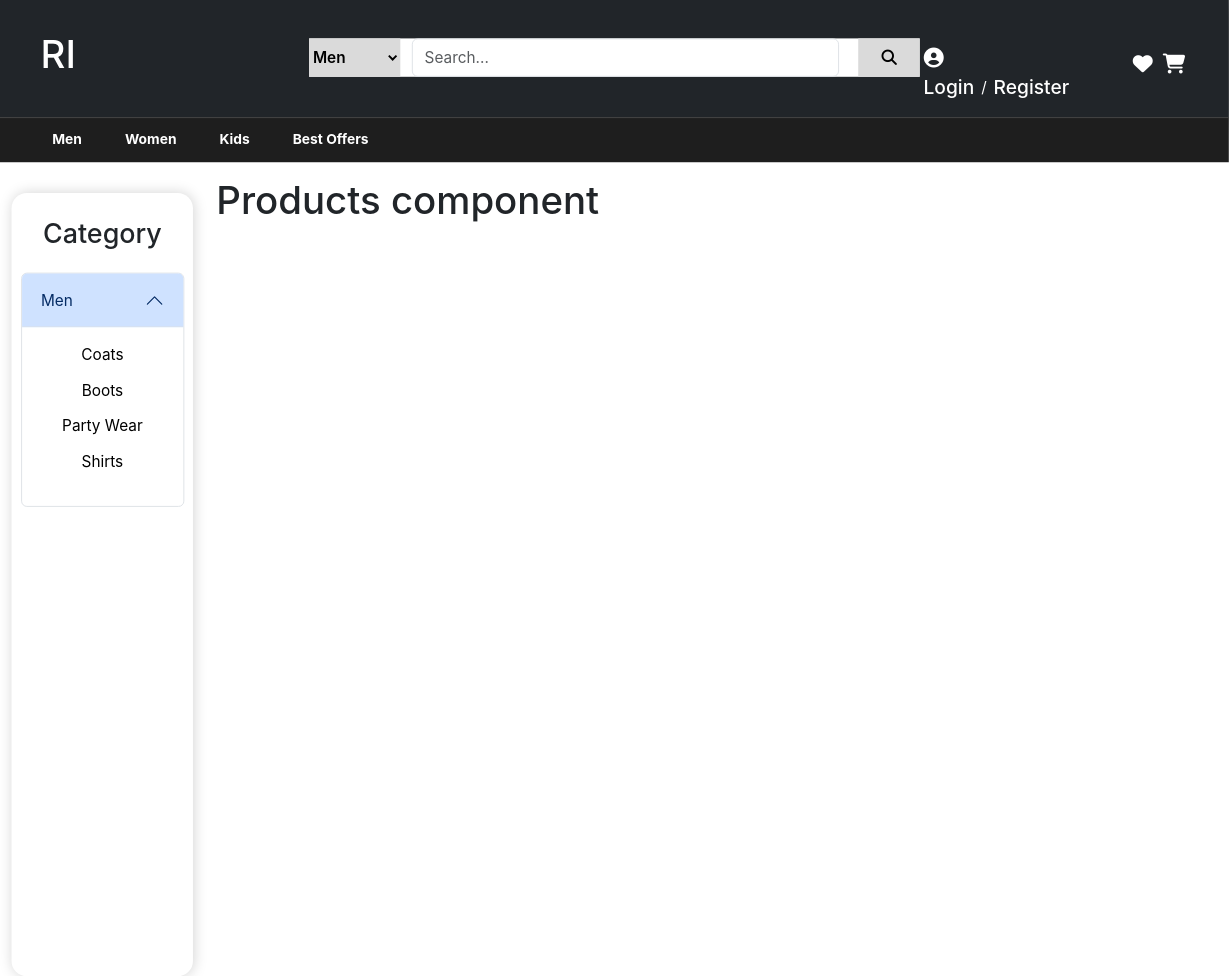
Repository: KodandaraoChellapilli/e-store
Page: /
The author's editor kept a copy of each file at every save. The page is drawn from the files as they stood at one save, then again after the next save.
The browser window is 1280 px wide. The pictures show the whole page, at 96% of full size.
The project was rebuilt for these pictures with package versions that can differ from the ones it lists, and the page was loaded fresh each time. Also part of the build but not shown: src/App.css, src/Components/Products/_products.scss.

Above is the page before, as saved 2025-06-10 12:31:25.

### public/index.html
<!DOCTYPE html>
<html lang="en">
  <head>
    <meta charset="utf-8" />
    <link rel="icon" href="%PUBLIC_URL%/favicon.ico" />
    <meta name="viewport" content="width=device-width, initial-scale=1" />
    <meta name="theme-color" content="#000000" />
    <meta
      name="description"
      content="Web site created using create-react-app"
    />
    <link rel="apple-touch-icon" href="%PUBLIC_URL%/logo192.png" />
    <!--
      manifest.json provides metadata used when your web app is installed on a
      user's mobile device or desktop. See https://developers.google.com/web/fundamentals/web-app-manifest/
    -->
    <link rel="manifest" href="%PUBLIC_URL%/manifest.json" />

    <link rel="stylesheet"   href="https://cdnjs.cloudflare.com/ajax/libs/font-awesome/6.7.2/css/all.min.css"/>


    <link href="https://cdn.jsdelivr.net/npm/bootstrap@5.3.6/dist/css/bootstrap.min.css" rel="stylesheet" integrity="sha384-4Q6Gf2aSP4eDXB8Miphtr37CMZZQ5oXLH2yaXMJ2w8e2ZtHTl7GptT4jmndRuHDT" crossorigin="anonymous">
    <!--
      Notice the use of %PUBLIC_URL% in the tags above.
      It will be replaced with the URL of the `public` folder during the build.
      Only files inside the `public` folder can be referenced from the HTML.

      Unlike "/favicon.ico" or "favicon.ico", "%PUBLIC_URL%/favicon.ico" will
      work correctly both with client-side routing and a non-root public URL.
      Learn how to configure a non-root public URL by running `npm run build`.
    -->
    <title>React App</title>
  </head>
  <body>
    <noscript>You need to enable JavaScript to run this app.</noscript>
    <div id="root"></div>
    <!--
      This HTML file is a template.
      If you open it directly in the browser, you will see an empty page.

      You can add webfonts, meta tags, or analytics to this file.
      The build step will place the bundled scripts into the <body> tag.

      To begin the development, run `npm start` or `yarn start`.
      To create a production bundle, use `npm run build` or `yarn build`.
    -->
    <script src="https://cdn.jsdelivr.net/npm/bootstrap@5.3.6/dist/js/bootstrap.bundle.min.js" integrity="sha384-j1CDi7MgGQ12Z7Qab0qlWQ/Qqz24Gc6BM0thvEMVjHnfYGF0rmFCozFSxQBxwHKO" crossorigin="anonymous"></script>

  </body>
</html>

### src/App.js
import logo from './logo.svg';
import './App.css';
import TopNav from './Components/TopNav';
import  CatNav from './Components/CatNav';
import MainComponent from './Components/MainComponent';



function App() {
  return (
    <div className="App">

      <TopNav />
      <CatNav />
      <MainComponent />

    </div>
  );
}

export default App;

### src/Components/TopNav/index.js
import './_top-nav.scss';

const TopNav = () => {
    return (
        <div className='header bg-dark'>
            <div className='row top-nav-row'>

                <div className='brand my-1'>
                    <h1>RI</h1>
                </div>

                <div className='inp-container p-0 my-4 w-50 h-25 bg-white'>
                    <div className='dropdown m-0 p-0'>
                        <select className='select-btn w-100 p-0 m-0'>
                            <option>Men</option>
                            <option>Women</option>
                            <option>Kids</option>
                        </select>
                    </div>

                    <input className='form-control' placeholder='Search...' />
                    <button type="button"><i className='fa fa-search'></i></button>
                </div>

                <div className='login-container p-0'>
                    <i className='fa fa-user-circle user-icon'></i>
                    <div className='auth-links'>
                        <h5><a href='/login'>Login</a></h5>
                        <span> / </span>
                        <h5><a href='/register'>Register</a></h5>
                    </div>
                </div>

                <div className='cart-wishlist'>
                    <ul className='p-0'>
                        <li className='list-icon'><i className='fa fa-heart'></i></li>
                        <li className='list-icon'><i className='fa fa-shopping-cart'></i></li>
                    </ul>
                </div>

            </div>
        </div>
    );
};

export default TopNav;

### src/Components/CatNav/index.js
import './_cat-nav.scss';


const CatNav =()=> {
    return (
        <>

        <div className='cat-nav-container continer'>
            <ul>
                <li className ='list-items'> <a href='#'> Men  </a></li>
                <li className ='list-items' > <a href='#'> Women </a></li>
                <li  className ='list-items'> <a href='#'> Kids </a></li>
                <li  className ='list-items'> <a href='#'> Best Offers </a></li>

            </ul>
        </div>


        </>
    )
}

export default CatNav;

### src/Components/MainComponent/index.js
import './_main-component.scss';
import SideNav from '../SideNav';
import Products from '../Products';

const MainComponent =()=> {

    return (
        <div>
            <div className='container-fluid'>
                <div className='row'>

                     <div className='col-lg-2 col-md-3 col-sm-4'>
                    <SideNav/>
                </div>

                <div className='col-lg-10 col-md-9 col-sm-8'>

                    <Products/>

                </div>



                </div>

            </div>
        </div>
    )
}

export default MainComponent;

### src/Components/TopNav/_top-nav.scss
@import '../../style/sass/variables';

.header {
  max-width: 100%;
  box-shadow: 5px 5px 20px gray;
  padding: 1em;
}

.top-nav-row div {
  display: flex;
  align-items: center;
  flex-wrap: wrap;
  justify-content: space-between;
}

.brand {
  color: white;
  margin-left: 2%;
  padding: 0.8em;
  width: 23%;
}

.inp-container {
  display: flex;
  align-items: center;
  width: 50%;
  padding: 0.5em;
  background-color: white;
}

.inp-container .dropdown {
  width: 15%;
  margin-right: 0.5em;
}

.drropdown{
    width: 15%;
}

.select-btn {
  height: $element-height;
  border: none;
  background-color: #dadada;
  font-weight: 600;
  width: 100%;
}

.inp-container input {
  width: 70%;
  height: $element-height;
  margin-right: 0.5em;
}

.inp-container button {
  width: 10%;
  height: $element-height;
  border: none;
  background-color: #dadada;
}

.login-container {
  width: 15%;
  color: white;
  text-align: right;
  margin: 1.7em 0.2em 0 0;
}

.user-icon {
  margin-right: 0.4em;
  padding: 0.2em;
  font-size: $icon-font;
}

.auth-links {
  display: inline-block;
}

.login-container h5,
.login-container span {
  display: inline-block;
  margin: 0 0.2em;
}

.login-container a {
  text-decoration: none;
  color: white;
}

.cart-wishlist {
  width: 7%;
  margin-top: 1.7em;
  margin-left: 1em;
}

.cart-wishlist .list-icon {
  color: white;
  font-size: $icon-font;
  list-style-type: none;
  display: inline-block;
  margin-right: 0.5em;
}

### src/Components/CatNav/_cat-nav.scss
@import '../../style/sass/variables';
@import '../../style/sass/mixins';


.cat-nav-container {
  background-color: #1e1e1e; // Dark background for nav
  max-width: 100%; // Makes the nav bar take full width
  border-top: 1px solid #444444; // Adds a subtle top border

  .list-items {
    list-style-type: none; // Removes bullets from the list
    display: inline-block; // Aligns list items horizontally
    margin: 0.2em 1em; // Space around each list item
    padding: 0.4em; // Inner spacing
    height: 2.5em; // Sets height of each item
  }

  a {
    text-decoration: none; // Removes underline from links
    color: white; // Makes link text white
    height: 1.8em; // Sets height of the anchor tag
    font-size: 0.9em; // Slightly smaller font
    font-weight: 700; // Makes text bold

    @include underline-transition(1.1); // Applies underline transition effect


  }
}

### src/Components/SideNav/index.js
import './_side-nav.scss';

const SideNav = () => {
  return (
    <div className='side-nav'>
      <div className='section-title'>
        <h3>Category</h3>
      </div>

      <div className='accordion'>
        <div className='accordion-item individual-category'>
          <div className='accordion-header'>
            <button
              className='accordion-button'
              data-bs-target="#accordion-heading-one"
              data-bs-toggle="collapse"
            >
              Men
            </button>
          </div>

          <div
            className='accordion-collapse collapse show'
            id='accordion-heading-one'
            data-bs-parent=".accordion"
          >
            <div className='accordion-body'>
              <ul>
                <li className='sub-items'><a href='#'>Coats</a></li>
                <li className='sub-items'><a href='#'>Boots</a></li>
                <li className='sub-items'><a href='#'>Party Wear</a></li>
                <li className='sub-items'><a href='#'>Shirts</a></li>
              </ul>
            </div>
          </div>
        </div>
      </div>
    </div>
  );
};

export default SideNav;

### src/Components/Products/index.js
import './_products.scss';

const Products = () => {
    return (
        <div>
            <h1>Products component</h1>
        </div>
    )
}

export default Products;

### src/style/sass/_variables.scss
$accent-color: red;
$icon-font: 1.3em;
$element-height: 2.5em;

### src/style/sass/_mixins.scss
@mixin transition($property, $duration) {
  transition-property: $property;
  transition-duration: $duration;
}


@mixin underline-transition($width){
     &::after {
      content: ''; // Creates a fake element after <a>
      display: block; // Makes it act like a visible block
      bottom: 0; // Align it to bottom (needs position to work correctly)
      left: 0; // Align it to left side
      height: 0.2em; // Thin line height
      background-color:$accent-color; // Line color
      transform: scaleX(0); // Starts invisible
      @include transition(transform, 0.2s )
    }

    &:hover::after {
      transform: scaleX($width); // When hovering, stretch the line slightly
    }
}

### src/Components/SideNav/_side-nav.scss
@import "../../style/sass/mixins";
@import "../../style/sass/variables";

.side-nav{
    margin-top: 1em;
    padding: 0.6em;
    box-shadow: 1px 0px 14px 0px lightgray;
    height: 51em;
    border-radius: 1em;


    .section-title{
        padding: 1em;

        h3{
            text-align: center;
        }
    }

    .individual-category{
        ul{
            padding: 0;
        }
        .sub-items{
            text-align: center;
            margin-bottom: 0.6em;

            list-style-type: none; // Removes bullets from the list
            a{
                text-decoration: none; // Removes underline from linls
                color: black; // Makes link text black
                @include underline-transition(0.3); // Applies underline transition effect
            }
        }
    }
}

Loaded but not shown: src/index.js (common file); src/index.css (common file); src/reportWebVitals.js (common file); src/Components/MainComponent/_main-component.scss (no stored copy; drawn as an empty file)

After the next save:
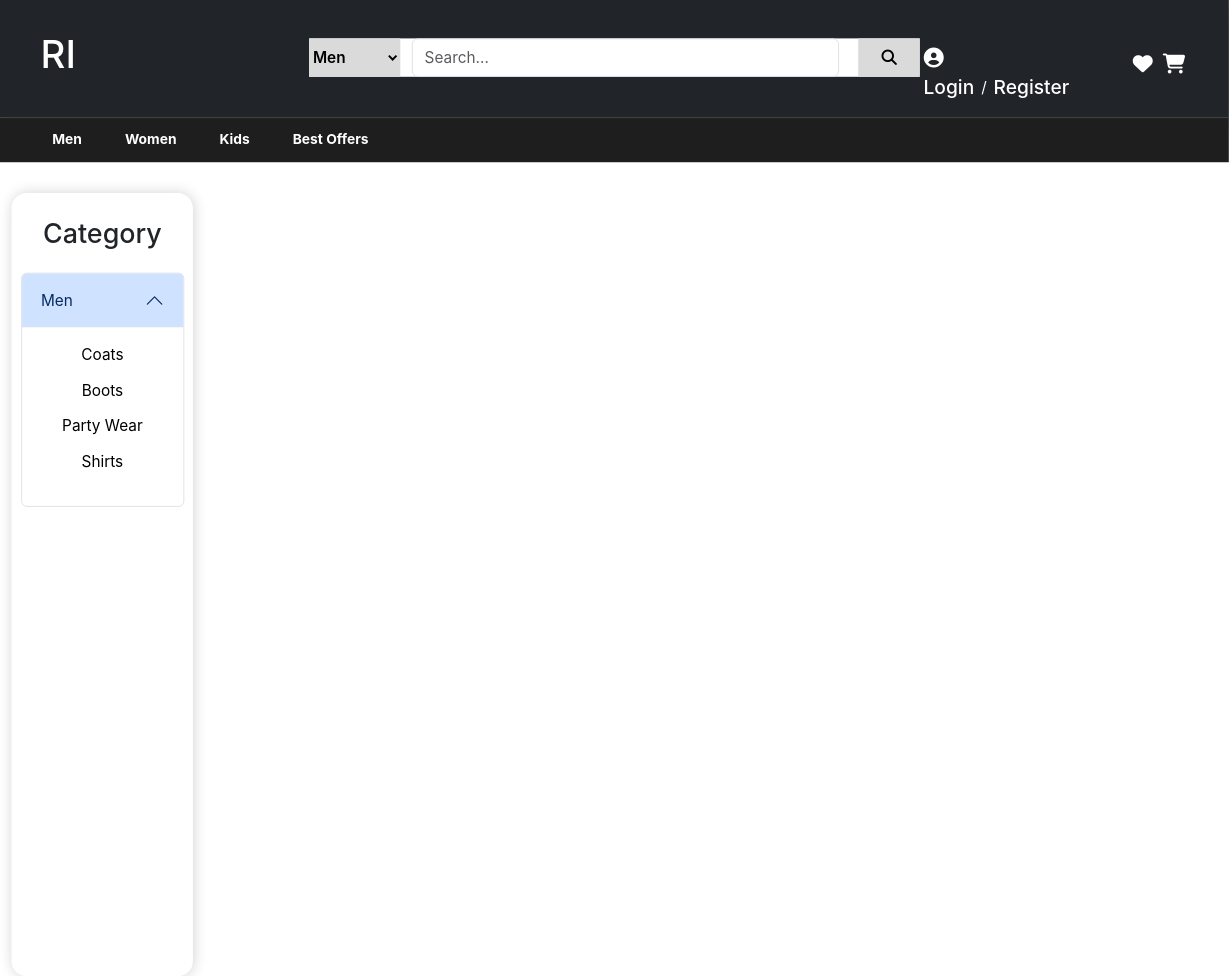
Saved 9 min 20 s later.
--- a/src/Components/Products/index.js
+++ b/src/Components/Products/index.js
@@ -3,7 +3,11 @@ import './_products.scss';
 const Products = () => {
     return (
         <div>
-            <h1>Products component</h1>
+            <div className= 'mx-5 p-3 col-lg-3 col-md-6'>
+                <div>
+
+                </div>
+            </div>
         </div>
     )
 }
